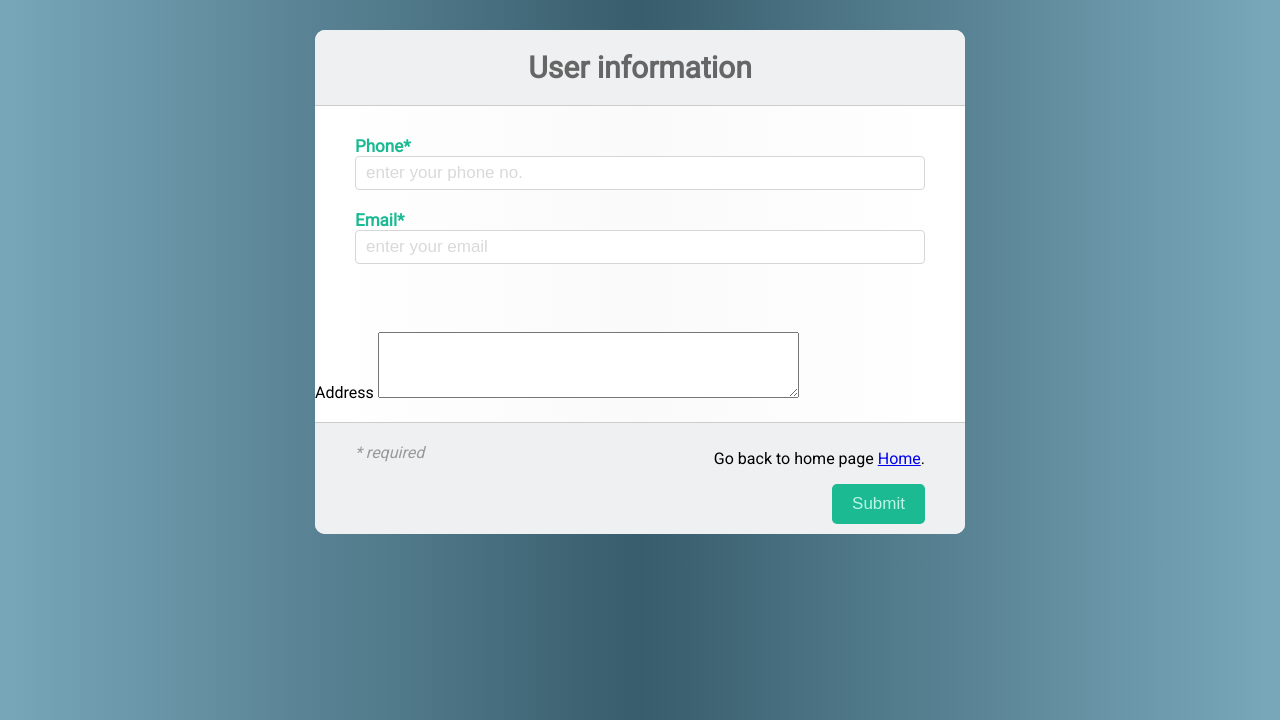
Repository: HT13M19/kuldeep
Page: GGGG/Demo2/src/main/webapp/UserInfo.html
An editor plug-in stored every save of this project. The page is shown before and after the next save, followed by the edit.
The browser window is 1280 px wide. The pictures show the whole page.

Above is the page before, as saved 2023-09-24 09:08:25.

After the next save:
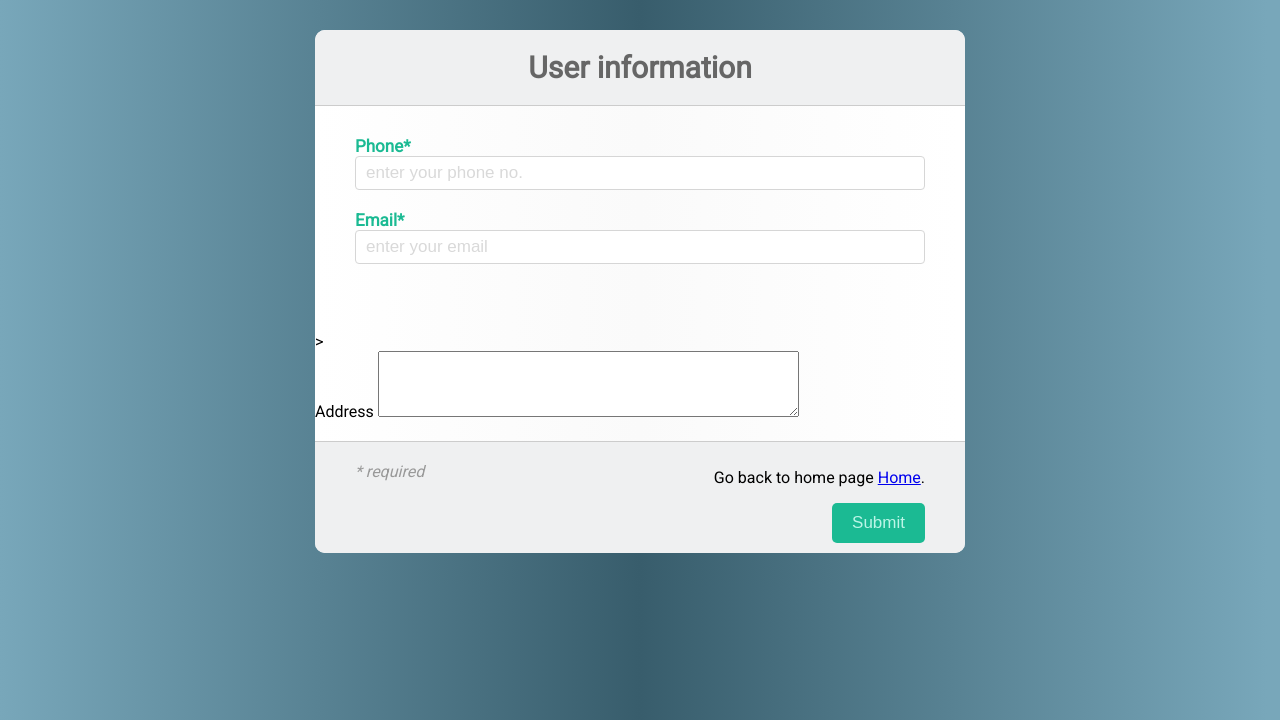
Saved 62 s later.
--- a/GGGG/Demo2/src/main/webapp/UserInfo.html
+++ b/GGGG/Demo2/src/main/webapp/UserInfo.html
@@ -7,7 +7,6 @@
   </head>
   <body>
     <form class="signup-form" action="userinfo" method="get">
-
       <!-- form header -->
       <div class="form-header">
         <h1>User information</h1>
@@ -28,15 +27,16 @@
         </div>
 
           </div>
-        </div>
+
 <br>
 <br>
+>
         <!-- Address -->
         <div class="form-group">
           <label for="choose-file" class="label-title">Address</label>
           <textarea class="form-input" rows="4" name="ADDRESS" cols="50" style="height:auto"></textarea>
         </div>
-      </div>
+      </>
       <!-- form-footer -->
       <div class="form-footer">
         <span>* required</span>
